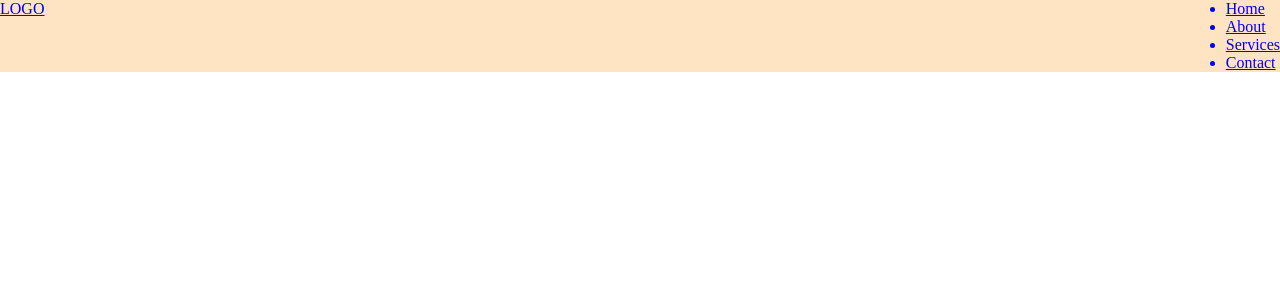
Repository: chanchalsaini/React-WUI
Page: /
These files come from the project's save history. The page is drawn as it stood at one moment and after the next save; the edit follows.
The browser window is 1280 px wide. The pictures show the whole page.
The project was rebuilt for these pictures with package versions that can differ from the ones it lists, and the page was loaded fresh each time.

Above is the page before, as saved 2020-09-21 21:51:56.

### src/index.js
import React from "react";
import ReactDOM from "react-dom";

import App from "./App";
import * as serviceWorker from "./serviceWorker";

ReactDOM.render(
  <React.StrictMode>
    <App />
  </React.StrictMode>,
  document.getElementById("root")
);

serviceWorker.unregister();

### src/App.js
import React, { Fragment } from "react";
import Navbar from "./components/Navbar";
import "./App.css";

function App() {
  return (
    <Fragment>
      <Navbar />
    </Fragment>
  );
}

export default App;

### src/components/Navbar.js
import React from "react";

function Navbar() {
  return (
    <header>
      <a href='/' className='logo'>
        LOGO
      </a>
      <ul className='links'>
        <a href='#'>
          <li className='link'>Home</li>
        </a>
        <a href='#'>
          <li className='link'>About</li>
        </a>
        <a href='#'>
          <li className='link'>Services</li>
        </a>
        <a href='#'>
          <li className='link'>Contact</li>
        </a>
      </ul>
    </header>
  );
}

export default Navbar;

### src/App.css
* {
  margin: 0px;
}
header {
  background-color: bisque;
  display: flex;
  justify-content: space-between;
}

Loaded but not shown: public/index.html (common file); src/serviceWorker.js (common file)

After the next save:
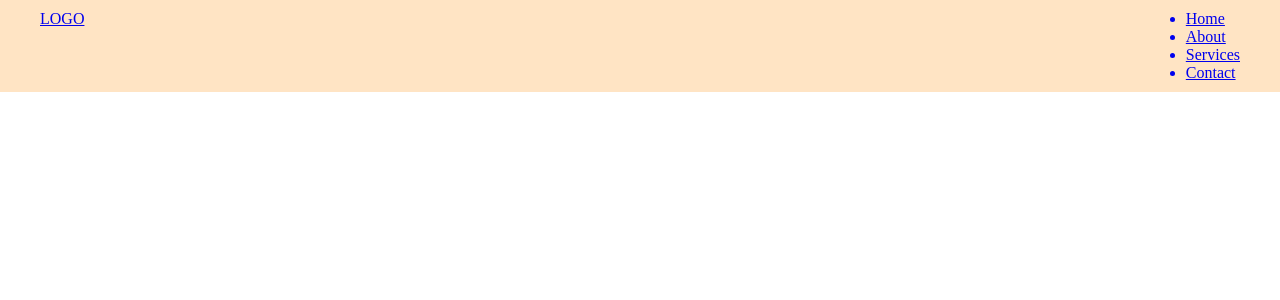
Saved 10 s later.
--- a/src/App.css
+++ b/src/App.css
@@ -5,4 +5,5 @@ header {
   background-color: bisque;
   display: flex;
   justify-content: space-between;
+  padding: 10px 40px;
 }
